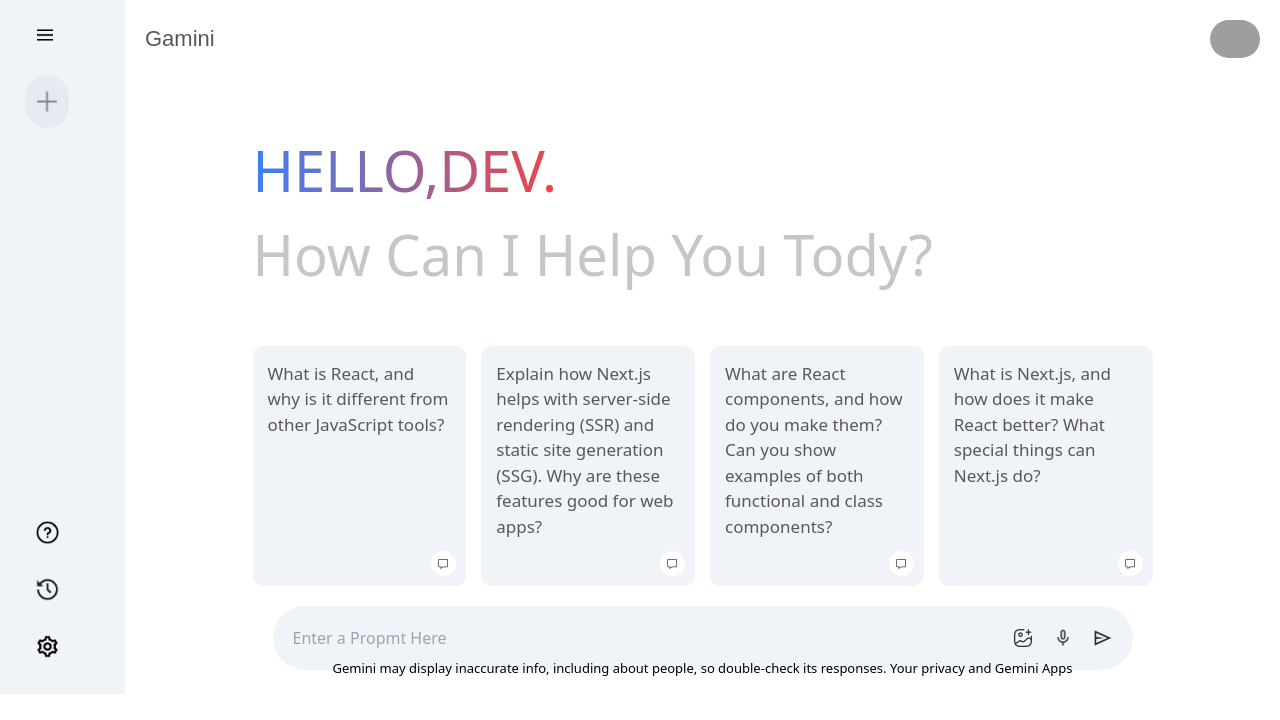
Repository: VilokMasuti/Gamini
Page: / (app in gamini/)
An editor plug-in stored every save of this project. The page is shown before and after the next save, followed by the edit.
The browser window is 1280 px wide. The pictures show the whole page.
Pictures or frames that could not be fetched are drawn as grey boxes. The project was rebuilt for these pictures with package versions that can differ from the ones it lists, and the page was loaded fresh each time. Also part of the build but not shown: gamini/vite.config.js.

Above is the page before, as saved 2024-03-19 12:37:19.

### gamini/src/App.jsx
import Main from "./Components/Main/Main";
import SideBar from "./Components/Sidebar/SideBar";

function App() {
  return (
    <div className=" flex">
      <SideBar />
      <Main />
    </div>
  );
}

export default App;

### gamini/src/index.css
@tailwind base;
@tailwind components;
@tailwind utilities;

@import url("https://fonts.googleapis.com/css2?family=Outfit&display=swap");

/* Define a CSS class for applying the font-family */
.font-outfit {
  font-family: "Outfit", sans-serif; /* Include a fallback font */
}

### gamini/src/Components/Main/Main.jsx
import { assets } from "../../assets/assets";
import "../../index.css";
import { card } from "../../utils";
const Main = () => {
  return (
    <div className=" main flex-1 max-h-[100vh] pb-[15vh] relative">
      <div className=" nav  p-[20px] items-center flex justify-between text-[#585858]  font-outfit ">
        <p className=" text-[22px] max-md:ml-20  ml-[0%]">Gamini </p>
        <img
          className=" rounded-full"
          src={assets.user_icon}
          alt="icon"
          width={50}
          height={50}
        />
      </div>
      <div className=" max-w-[900px] m-auto">
        <div className="greet mt-[50px] mb-[50px] ml-0 mr-0  text-[56px] text-[#c4c7c5] font-[500] p-20px">
          <p className="">
            <span className=" max-md:text-[22px] max-md:ml-20 bg-gradient-to-r from-blue-500 to-red-500 bg-clip-text text-transparent">
              HELLO,DEV.
            </span>
          </p>
          <p className="max-md:text-[22px] max-md:ml-4 ">
            How Can I Help You Tody?{" "}
          </p>
        </div>
        <div className=" flex    flex-row  gap-[15px]  p-20px]">
          {card.map(item => (
            <>
              <div
                key={item}
                className="  hover:bg-[#dfe4ea] hover:border-red-600 duration-1000  h-[240px] w-[250px] p-[15px] bg-[#f0f4f9]  rounded-[10px] relative cursor-pointer"
              >
                <p className="  text-[#585858] text-[17px]"> {item.p} </p>
                <img
                  className=" p-[5px] absolute bottom-[10px] right-[10px] rounded-[20px]  bg-white"
                  src={assets.message_icon}
                  alt=""
                  width={25}
                  height={22}
                />
              </div>
            </>
          ))}
        </div>
        <div className=" bottom absolute bottom-0 w-full max-w-[900px] pl-[20px] pr-[20px] pt-0 pb-0  ">
          <div className=" flex items-center  justify-between gap-[10px] rounded-[50px]  bg-[#f0f4f9] p-5 mb-[-3%]   ">
            {" "}
            <input
              className="   outline-none  flex items-center justify-between gap-[20px] bg-[#f0f4f9] "
              type=" text"
              placeholder="Enter a Propmt Here"
            />
            <div className=" flex items-center gap-[20px]">
              <img src={assets.gallery_icon} alt="" width={20} height={40} />
              <img src={assets.mic_icon} alt="" width={20} height={40} />
              <img src={assets.send_icon} alt="" width={20} height={40} />
            </div>
          </div>
          <p className=" text-[13px] mt-[15px] mr-[15px] ml-[15px] mb-[15px]    text-center font[300]">
            Gemini may display inaccurate info, including about people, so
            double-check its responses. Your privacy and Gemini Apps{" "}
          </p>
        </div>
      </div>
    </div>
  );
};

export default Main;

### gamini/src/Components/Sidebar/SideBar.jsx
import { useState } from "react";
import { assets } from "../../assets/assets";
import "../../index.css";

const SideBar = () => {
  const [extended, setExtended] = useState(false);
  return (
    <main className="  max-md:hidden  sidebar max-h-[100vh]    flex-col justify-between bg-[#f0f4f9] inline-flex p-[25px]   font-outfit ">
      <div className="top">
        <img
          onClick={() => setExtended(pre => !pre)}
          className=" block ml-[10px] cursor-pointer"
          width={20}
          height={21}
          src={assets.menu_icon}
          alt="menu"
        ></img>
        <div className="new-chat mt-[30px] inline-flex items-center gap-10 bg-[#e6eaf1]   rounded-full p-3 font-semibold text-gray-400 cursor-pointer">
          <img src={assets.plus_icon} width={20} height={21} alt="alt" />
          {extended ? <p>New Chat</p> : null}
        </div>
        {extended ? (
          <div className="recent flex flex-col">
            <p className="mt-[30px] mb-[20px]">Recent</p>
            <div className=" flex text-start gap-[10px] p-[10px] pr-[40px] rounded-md  text-[#282828] cursor-pointer hover:bg-[#e2e6eb] duration-1000">
              <img
                className=" rounded-md"
                src={assets.message_icon}
                alt="resct"
                width={20}
                height={21}
              />
              <p> What is react... </p>
            </div>
          </div>
        ) : null}
      </div>
      <div className="bottom  flex flex-col gap-3">
        <div className=" flex gap-3 rounded-md  text-[#282828] cursor-pointer hover:bg-[#e2e6eb] duration-1000  p-[10px] pr-[40px] ">
          <img src={assets.question_icon} width={25} height={25} alt="q" />
          {extended ? <p>Help</p> : null}
        </div>
        <div className=" flex gap-3 rounded-md  text-[#282828] cursor-pointer hover:bg-[#e2e6eb] duration-1000  p-[10px] pr-[40px] ">
          <img src={assets.history_icon} width={25} height={25} alt="q" />
          {extended ? <p>Activity</p> : null}
        </div>
        <div className=" flex gap-3 rounded-md  text-[#282828] cursor-pointer hover:bg-[#e2e6eb] duration-1000  p-[10px] pr-[40px] ">
          <img src={assets.setting_icon} width={25} height={25} alt="q" />
          {extended ? <p>settings</p> : null}
        </div>
      </div>
    </main>
  );
};

export default SideBar;

### gamini/src/assets/assets.js
import history_icon from './history_icon.png'
import menu_icon from './menu_icon.png'
import plus_icon from './plus_icon.png'
import question_icon from './question_icon.png'
import setting_icon from './setting_icon.png'
import bulb_icon from './bulb_icon.png'
import compass_icon from './compass_icon.png'
import gallery_icon from './gallery_icon.png'
import mic_icon from './mic_icon.png'
import user_icon from './user_icon.png'
import youtube_icon from './youtube_icon.png'
import message_icon from './message_icon.png'
import code_icon from './code_icon.png'
import send_icon from './send_icon.png'
import gemini_icon from './gemini_icon.png'

export const assets = {
    history_icon,
    menu_icon,
    plus_icon,
    question_icon,
    setting_icon,
    bulb_icon,
    compass_icon,
    gallery_icon,
    mic_icon,
    user_icon,
    youtube_icon,
    message_icon,
    code_icon,
    send_icon,
    gemini_icon
}

### gamini/src/utils/index.js
export const card = [
  {
    p: "What is React, and why is it different from other JavaScript tools?",
    img: "",
  },
  {
    p: "Explain how Next.js helps with server-side rendering (SSR) and static site generation (SSG). Why are these features good for web apps?",
    img: "../assets/compass_icon.png",
  },
  {
    p: "What are React components, and how do you make them? Can you show examples of both functional and class components?",
    img: "../assets/compass_icon.png",
  },
  {
    p: "What is Next.js, and how does it make React better? What special things can Next.js do?",
    img: "../assets/compass_icon.png",
  },
];

Loaded but not shown: gamini/index.html (common file); gamini/src/main.jsx (common file); gamini/tailwind.config.js (common file)

After the next save:
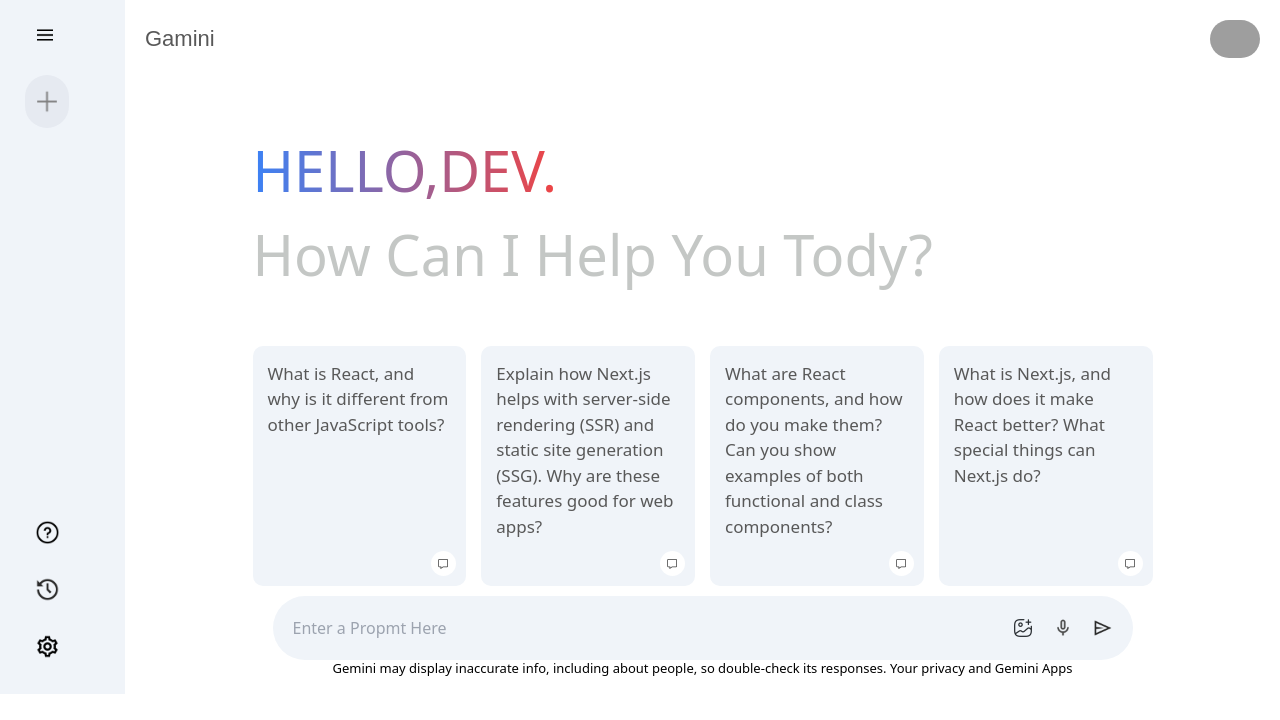
Saved 9 s later.
--- a/gamini/src/Components/Main/Main.jsx
+++ b/gamini/src/Components/Main/Main.jsx
@@ -58,7 +58,7 @@
               <img src={assets.send_icon} alt="" width={20} height={40} />
             </div>
           </div>
-          <p className=" text-[13px] mt-[15px] mr-[15px] ml-[15px] mb-[15px]    text-center font[300]">
+          <p className=" text-[13px] mt-[25px] mr-[15px] ml-[15px] mb-[15px]    text-center font[300]">
             Gemini may display inaccurate info, including about people, so
             double-check its responses. Your privacy and Gemini Apps{" "}
           </p>
